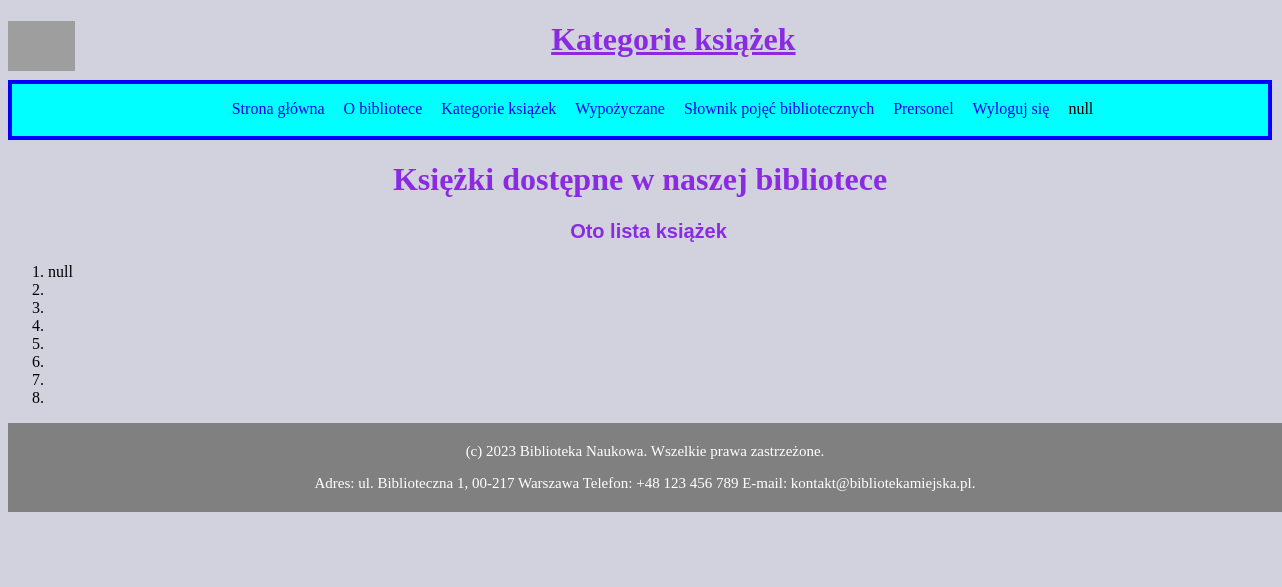
Repository: Dominik098/projekt
Page: http://localhost/biblioteka/C_Kategorie książek.jsp
The author's editor kept a copy of each file at every save. The page is drawn from the files as they stood at one save, then again after the next save.
The browser window is 1280 px wide. The page is 1282 px wide, so the pictures cover 1282 px, including what lies to the right of the window. The pictures show the whole page.
Pictures or frames that could not be fetched are drawn as grey boxes. The page is served by Tomcat 9.

Above is the page before, as saved 2023-04-02 18:17:56.

After the next save:
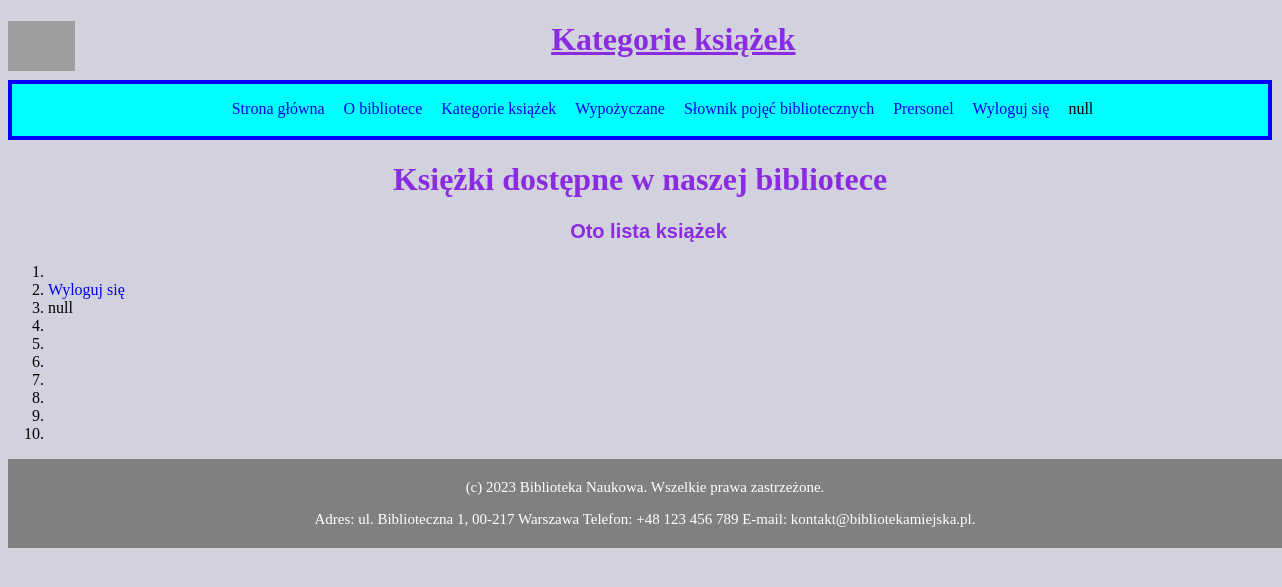
Saved 2 min 32 s later.
--- a/java projekt/biblioteka/src/main/webapp/C_Kategorie książek.jsp
+++ b/java projekt/biblioteka/src/main/webapp/C_Kategorie książek.jsp
@@ -42,8 +42,9 @@
     <span>
     <ol id="baza-danych">
         <li>
-        <%=session.getAttribute("email-login") %>
 
+		<li><a href= "kategorie">Wyloguj się</a></li>
+                <li><a > <%=session.getAttribute("email-login") %> </a></li>
 
 
 
